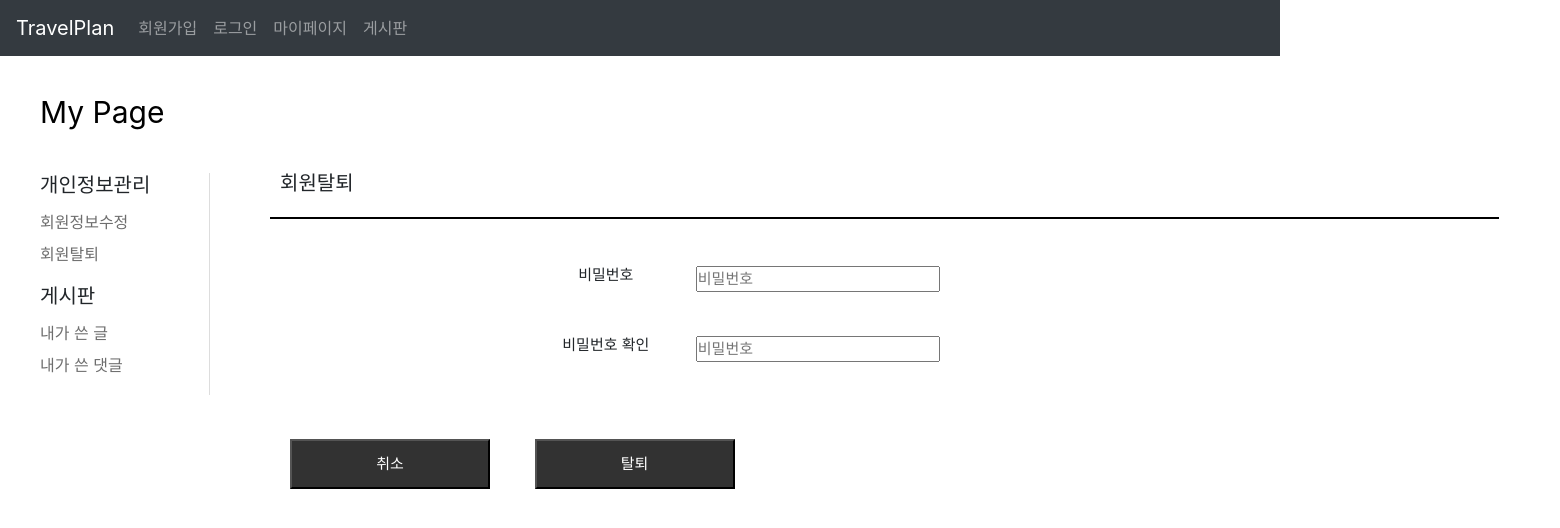
Repository: sna145815/Travel_v1
Page: http://localhost/Travel_v1/WEB-INF/view/deleteuser.jsp
The author's editor kept a copy of each file at every save. The page is drawn from the files as they stood at one save, then again after the next save.
The browser window is 1280 px wide. The page is 1560 px wide, so the pictures cover 1560 px, including what lies to the right of the window. The pictures show the whole page.
The page is served by Tomcat 9. Nobody is signed in. Other server files are loaded and not shown. The template is opened directly, without the code that normally fills it, so the values that code supplies are empty.

Above is the page before, as saved 2022-11-06 14:33:05.

### Travel_v1/src/main/webapp/WEB-INF/view/deleteuser.jsp
<%@ page language="java" contentType="text/html; charset=UTF-8"
    pageEncoding="UTF-8"%>
<%@ include file="/layout/header.jsp" %>

<!DOCTYPE html>
<html>
<head>
	<meta charset="UTF-8">
	<style>
		* {
			margin: 0;
			padding: 0;
		}
		#wrap {
			width: auto;
			min-width: 1560px;
			max-width: 1880px;
			padding: 0px 40px;
			margin: 0px auto;
			box-sizing: border-box;
		}
		#sub_header {
			position: relative;
			padding: 0px 0px 10px;
			margin: 0px auto;
		}
		.visual_area {
			padding: 5px 0px 8px;
			font-size: inherit;
			font-weight: normal;
		}
		.txt > a {
			display: inline-block;
			font-size: 30px;
			font-weight: normal;
			color: rgb(0, 0, 0);
		}
		.menu_area {
			float : left;
			width : 270px;
			border-right: 1px solid #ddd;
		}
		.content_right {
			position: absolute;
			left: 270px;
			top: 200;
			right: 0;
			min-width: 1229px;
		}
		.menu_area {
		 	width: 170px;
		 	float: left;
		 	margin: 24px 40px 0px 0px;
		 	font-size: 14px;
		}
		.menu1, .menu2 {
			display: flex;
			flex-direction: column;
			padding-bottom: 15px;
		}
		.update, .delete, .post, .comment {
			display: flex;
			margin-top: 2px;
			font-size: 16px;
			line-height: 30px;
			color: rgb(110, 110, 110);
		}
		.content-right {
			padding: 0;
			float: right;
		}
		.sectiontitle {
			border-bottom: 2px solid #000000;
			padding-left: 10px;
			padding-bottom: 14px;
			margin-top: 22px;
			line-height: 1.5px;
			font-size: 14px;
			position: relative;
		}
		.password {
			padding: 3px 0 35px 0;
		}
		.inputpwd {
			margin-top: 22px;
			padding: 10px;
			font-size: 15px;
			border-collapse: collapse;
			table-layout: fixed;
			margin-left: 20%;
		}
		tr {
			height: 70px;
			padding: 10px;
			box-sizing: border-box;
			text-align: center;
			vertical-align: middle;
			word-break: break-all;
		}
		.button {
			margin: 0 auto;
		}
		.btn_cancel, .btn_delete {
			width: 200px;
			height: 50px;
			margin: 20px;
			padding: 10px;
			font-size: 15px;
			border-collapse: collapse;
			vertical-align: middle;
			color: rgb(255, 255, 255);
			background-color: rgb(50, 50, 50);
		}
	</style>
</head>
<body>
	<div id="wrap">
		<div id ="header">
			<div class="visual_area">
				<h1 class="txt">
					<a href="/mypage">My Page</a>
				</h1>
			</div>
		</div>
		<div id ="content_area">
			<div class ="content">
				<div class="content_in">
					<!-- 좌측 메뉴 -->
					<nav class="menu_area">
						<div class="menu1">
							<h5>개인정보관리</h5>
							<a href="/mypage" class="update">회원정보수정</a>
							<a href="/deleteuser" class="delete">회원탈퇴</a>
						</div>
						<div class="menu2">
							<h5>게시판</h5>
							<a href="#" class="post">내가 쓴 글</a>
							<a href="#" class="comment">내가 쓴 댓글</a>
						</div>
					</nav>
					<!-- 콘텐츠 내용 -->
					<section class ="content_right">
						<header class="sectiontitle">
							<h5>회원탈퇴</h5>
						</header>
						<div class="password">
							<table class="inputpwd">
								<tr>
									<td width=180px><label for="myPW">비밀번호</label></td>
									<td><input type="password" id="myPW" placeholder="비밀번호" size=20/></td>
								</tr>
								<tr>
									<td><label for="myPWR">비밀번호 확인</label></td>
									<td><input type="password" id="myPWR" placeholder="비밀번호" size=20/></td>
								</tr>
							</table>
						</div>
						<div class="button">
							<span>
								<button type="submit" class="btn_cancel">취소</button>
							</span>
							<span>
								<button type="submit" class="btn_delete">탈퇴</button>
							</span>
						</div>
					</section>
				</div>
			</div>
		</div>
	</div>
</body>
</html>

### Travel_v1/src/main/webapp/layout/header.jsp
<%@ page language="java" contentType="text/html; charset=UTF-8"
    pageEncoding="UTF-8"%>
<!DOCTYPE html>

<head>
  <title>TravelPlan</title>
  <meta charset="utf-8">
  <meta name="viewport" content="width=device-width, initial-scale=1">
  <link rel="stylesheet" href="https://cdn.jsdelivr.net/npm/bootstrap@4.6.1/dist/css/bootstrap.min.css">
  <script src="https://cdn.jsdelivr.net/npm/jquery@3.6.0/dist/jquery.slim.min.js"></script>
  <script src="https://cdn.jsdelivr.net/npm/popper.js@1.16.1/dist/umd/popper.min.js"></script>
  <script src="https://cdn.jsdelivr.net/npm/bootstrap@4.6.1/dist/js/bootstrap.bundle.min.js"></script>
</head>
<body>

<nav class="navbar navbar-expand-md bg-dark navbar-dark">
  <a class="navbar-brand" href="#">TravelPlan</a>
  <button class="navbar-toggler" type="button" data-toggle="collapse" data-target="#collapsibleNavbar">
    <span class="navbar-toggler-icon"></span>
  </button>
  <div class="collapse navbar-collapse" id="collapsibleNavbar">
    <ul class="navbar-nav">
      <li class="nav-item">
        <a class="nav-link" href="#">회원가입</a>
      </li>
      <li class="nav-item">
        <a class="nav-link" href="/login">로그인</a>
      </li>
      <li class="nav-item">
        <a class="nav-link" href="/mypage">마이페이지</a>
      </li>
      <li class="nav-item">
        <a class="nav-link" href="#">게시판</a>
      </li>
    </ul>
  </div>
</nav>
<br>

After the next save:
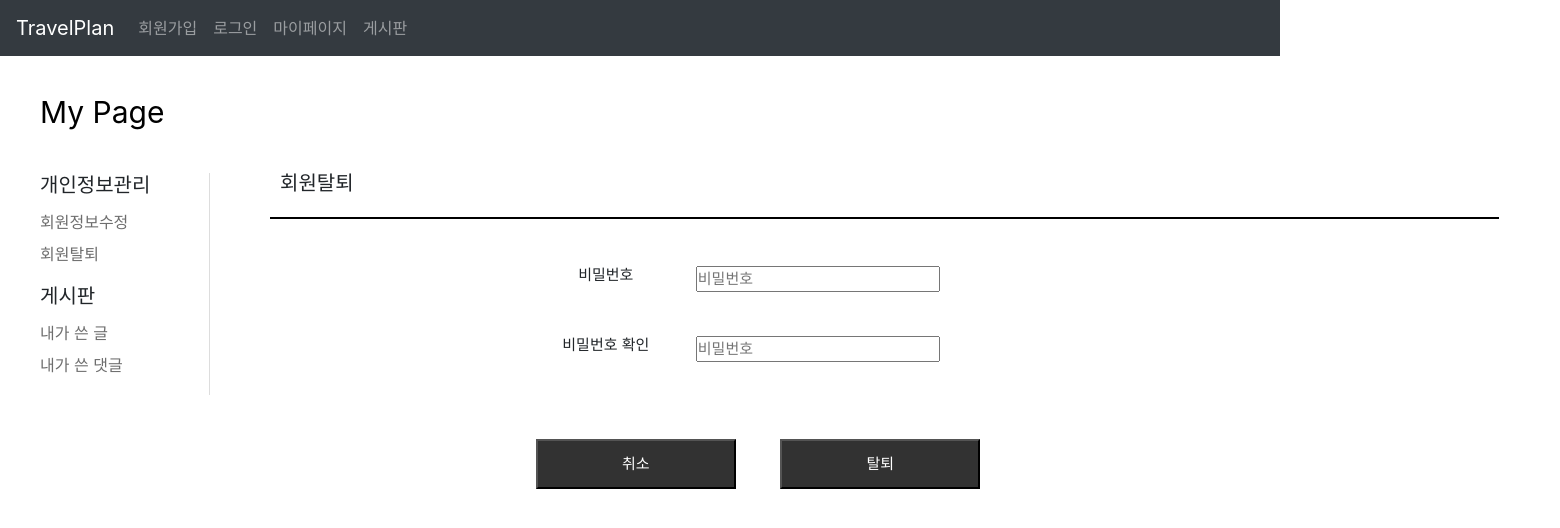
Saved 14 s later.
--- a/Travel_v1/src/main/webapp/WEB-INF/view/deleteuser.jsp
+++ b/Travel_v1/src/main/webapp/WEB-INF/view/deleteuser.jsp
@@ -98,7 +98,7 @@
 			word-break: break-all;
 		}
 		.button {
-			margin: 0 auto;
+			margin-left: 20%;
 		}
 		.btn_cancel, .btn_delete {
 			width: 200px;
